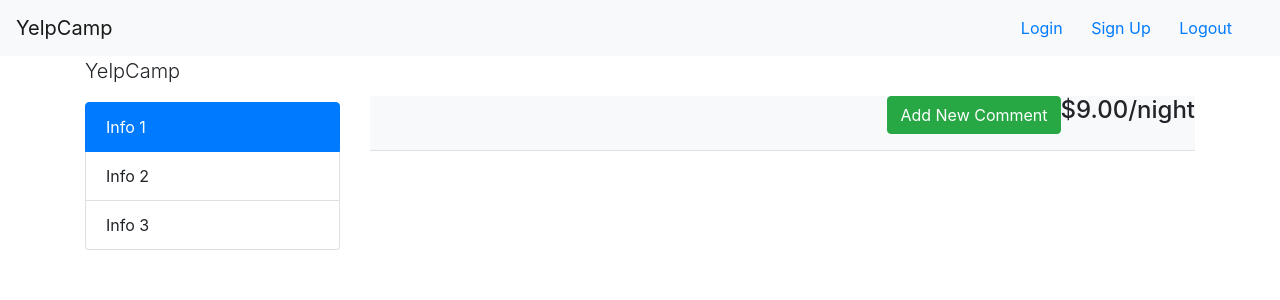
Repository: manojsatya/YelpCamp
Page: views/campgrounds/show.ejs
An editor plug-in stored every save of this project. The page is shown before and after the next save, followed by the edit.
The browser window is 1280 px wide. The pictures show the whole page.
The page is served by the project's Node server (app.js). Other server files are loaded and not shown. The template is opened directly, without the code that normally fills it, so the values that code supplies are empty.

Above is the page before, as saved 2019-06-20 19:43:07.
Console error: TypeError: Cannot read properties of undefined (reading 'fn')

### views/campgrounds/show.ejs
<% include ../partials/header %>

<div class="container">
    <div class="row">
        <div class="col-md-3">
            <p class="lead">YelpCamp</p>
            <div class="list-group">
                <li class="list-group-item active">Info 1</li>
                <li class="list-group-item">Info 2</li>
                <li class="list-group-item">Info 3</li>
            </div>
        </div>
        <div class="col-md-9">
            <div class="thumbnail">
                <img class = "img-responsive" src="<%= campground.image %>" alt="">
                <div class="caption-full">
                    <h4 class="float-right">$9.00/night</h4>
                    <h4><a href=""><%= campground.name %></a></h4>
                    <p> <%= campground.description%> </p>
                </div>
            </div>
            <div class="bg-light">
                <div class="text-right">
                        <a class = "btn btn-success" href="/campgrounds/<%= campground._id %>/comments/new">Add New Comment</a>
                </div>
                <hr>
                <% campground.comments.forEach(function(comment){ %>
                    <div class="row">
                        <div class="col-md-12">
                            <strong><%= comment.author %></strong>
                            <span class="float-right">10 days ago</span>
                            <p>
                              <%= comment.text %>
                            </p>
                        </div>
                    </div>
                <% }) %>
            </div>
        </div>
    </div>
</div>






<% include ../partials/footer %>

### views/partials/header.ejs
<!DOCTYPE html>
<html lang="en">
<head>
    <meta charset="UTF-8">
    <meta name="viewport" content="width=device-width, initial-scale=1.0">
    <meta http-equiv="X-UA-Compatible" content="ie=edge">
    <title>YelpCamp</title>
    <link rel="stylesheet" href="https://stackpath.bootstrapcdn.com/bootstrap/4.3.1/css/bootstrap.min.css">
</head>
<body>
        <nav class="navbar navbar-light bg-light">
                <a class = "navbar-brand" href="/">YelpCamp</a>
                <div class="navbar-right mr-sm-2">
                    <a class = "mr-sm-4" href="">Login</a>
                    <a class = "mr-sm-4" href="">Sign Up</a>
                    <a class = "mr-sm-4" href="">Logout</a>
                </div>

            </nav>

        <script src="https://stackpath.bootstrapcdn.com/bootstrap/4.3.1/js/bootstrap.min.js"></script>

### app.js
var express     = require("express"),
    app         = express(),
    bodyParser  = require("body-parser"),
    mongoose    = require("mongoose"),
    Comment     = require("./models/comment"),
    Campground  = require("./models/campground"),
    seedDB      = require("./seeds")

//seedDB();
mongoose.connect("mongodb://localhost:27017/yelp_camp", {useNewUrlParser: true});
app.use(bodyParser.urlencoded({extended: true}));
app.set("view engine", "ejs");

// Schema setup


app.get("/", function(req, res){
    res.render("landing");
});

//INDEX ROUTE
app.get("/campgrounds", function(req, res){
    // get all campgrounds rom db
    Campground.find({}, function(err, allcampgrounds){
        if(err){
            console.log(err);
        } else {
            res.render("campgrounds/index",{campgrounds:allcampgrounds});
        }
    });
});

//FORM ROUTE
app.post("/campgrounds", function(req, res){
    //get data from form and add to campground array
    var name = req.body.name;
    var image = req.body.image;
    var desc = req.body.description;
    var newCampground = {name: name, image: image, description: desc};
    // create a new campground and save to db
    Campground.create(newCampground, function(err, newlyCreated){
        if(err){
            console.log(err);
        } else{
            //redirect back to campgrounds page
            res.redirect("/campgrounds");
        }
    });
});

//NEW ROUTE
app.get("/campgrounds/new", function(req, res){
    res.render("campgrounds/new");
});


//SHOW ROUTE
app.get("/campgrounds/:id", function(req, res){
    //find the campground with provided id
    Campground.findById(req.params.id).populate("comments").exec(function(err, foundCampground){
        if(err){
            console.log(err);
        } else{
            console.log(foundCampground);
            // render show template with that id
            res.render("campgrounds/show", {campground:foundCampground});
        }
    });
});

//========================
// COMMENTS ROUTES
//========================
app.get("/campgrounds/:id/comments/new", function(req, res){
    // find campground by id
    Campground.findById(req.params.id, function(err, campground){
        if(err){
            console.log(err);
        } else {
            res.render("comments/new", {campground: campground});
        }
    });
});

app.post("/campgrounds/:id/comments", function(req, res){
    //lookup campground by Id
    Campground.findById(req.params.id, function(err, campground){
        if(err){
            console.log(err);
            res.redirect("/campgrounds");
        } else {
            Comment.create(req.body.comment, function(err, comment){
               if(err){
                   console.log(err);
               } else {
                   campground.comments.push(comment);
                   campground.save();
                   res.redirect("/campgrounds/"+ campground._id);
               }
            });
        }
    });
    // create new comment
    // connect new comment to campground
    // redirect to campground showpage
});

app.listen(3000, function(){
    console.log("The YelpCamp Server has started");
});

Loaded but not shown: views/partials/footer.ejs (common file)

After the next save:
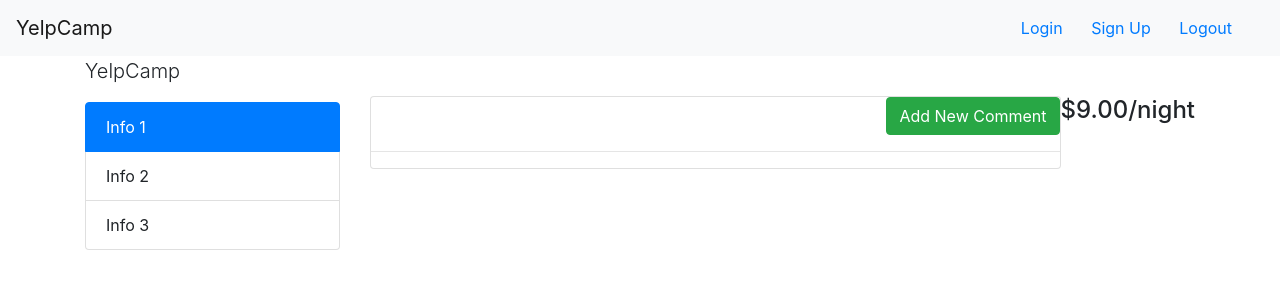
Saved 64 s later.
--- a/views/campgrounds/show.ejs
+++ b/views/campgrounds/show.ejs
@@ -19,7 +19,7 @@
                     <p> <%= campground.description%> </p>
                 </div>
             </div>
-            <div class="bg-light">
+            <div class="card">
                 <div class="text-right">
                         <a class = "btn btn-success" href="/campgrounds/<%= campground._id %>/comments/new">Add New Comment</a>
                 </div>
